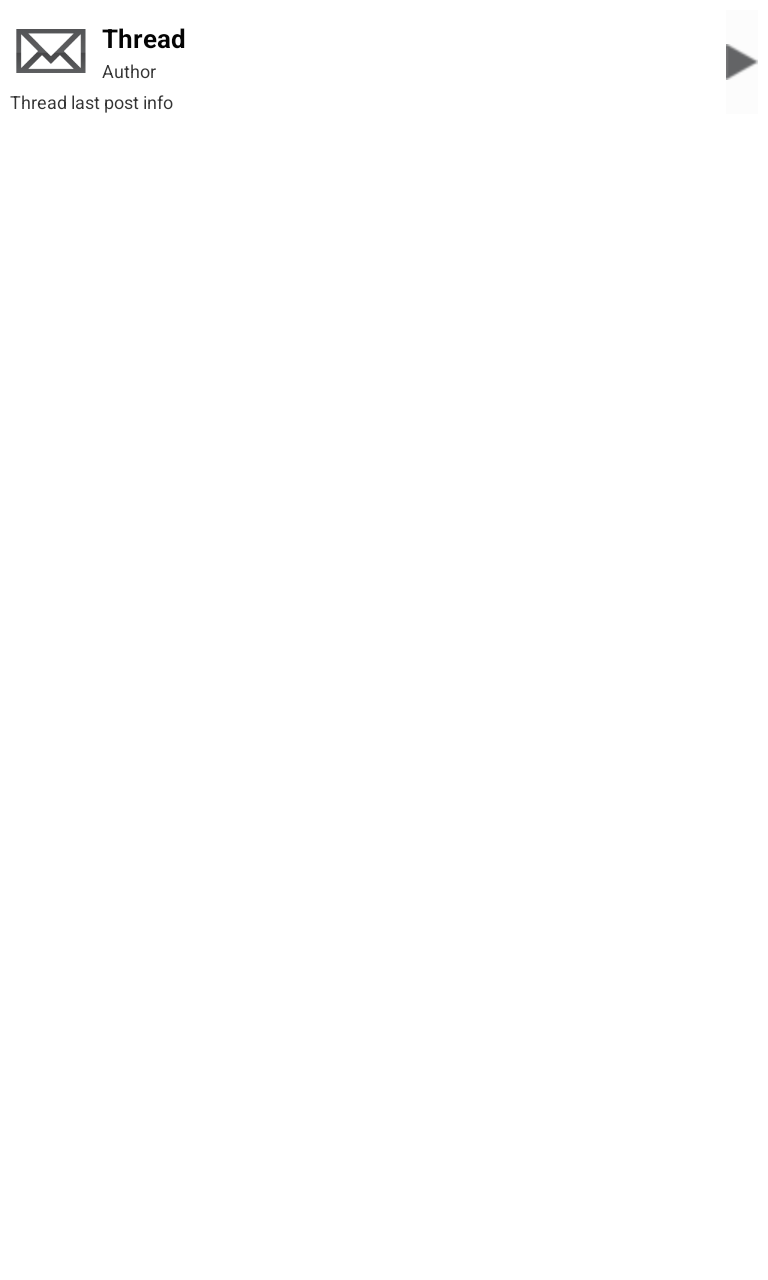
Repository: epson121/forumhr_mobile
Layout: TopicsActivity/res/layout/copy_threads_list_row.xml
An editor plug-in stored every save of this project. The layout is shown before and after the next save, followed by the edit.
It is drawn on a 768 x 1280 px phone screen (xhdpi) without system bars, with theme AppTheme; the app's code is not run.

Above is the layout before, as saved 2013-02-24 16:01:44.

### TopicsActivity/res/layout/copy_threads_list_row.xml
<?xml version="1.0" encoding="utf-8"?>
<RelativeLayout xmlns:android="http://schemas.android.com/apk/res/android"
    android:layout_width="wrap_content"
    android:layout_height="wrap_content"
    android:background="#FFFFFF"
    android:padding="5dip"
    >

    <LinearLayout android:id="@+id/thumbnail"
        android:layout_width="wrap_content"
        android:layout_height="wrap_content"
        android:padding="3dip"
        android:layout_alignParentLeft="true"
        android:background="#FFFFFF"
        android:layout_marginRight="5dip"
    	>

         <ImageView
            android:id="@+id/thread_icon"
            android:layout_width="35dip"
            android:layout_height="35dip"
            android:contentDescription="@+string/description"
            android:src="@drawable/thread_icon_bw"
            />

    </LinearLayout>



    <!-- subtopics -->

    <TextView
        android:id="@+id/thread_name"
        android:layout_width="wrap_content"
        android:layout_height="wrap_content"
        android:layout_alignTop="@+id/thumbnail"
        android:layout_toRightOf="@+id/thumbnail"
        android:layout_toLeftOf="@+id/thread_go_to_page"
        android:layout_marginRight="25dp"
        android:layout_marginTop="5dp"
        android:text="@+string/thread_name"
        android:textColor="#040404"
        android:textSize="13sp"
        android:textStyle="bold"
        android:typeface="sans"
        android:background="@drawable/textview_selector"
      	android:clickable="true"
        />

     <TextView
        android:id="@+id/thread_author"
        android:layout_width="wrap_content"
        android:layout_height="wrap_content"
        android:layout_alignLeft="@+id/thread_name"
        android:layout_below="@id/thread_name"
        android:layout_marginTop="1dip"
        android:layout_toLeftOf="@+id/thread_go_to_page"
        android:background="@drawable/textview_selector"
        android:text="@+string/thread_author"
        android:textColor="#343434"
        android:textSize="9sp" />

     <TextView
         android:id="@+id/thread_last_post_info"
         android:layout_width="wrap_content"
         android:layout_height="wrap_content"
         android:layout_alignLeft="@+id/thumbnail"
         android:layout_alignRight="@+id/thread_name"
         android:layout_below="@+id/thread_author"
         android:layout_marginTop="3dp"
         android:background="@drawable/textview_selector"
         android:text="@+string/thread_last_post_info"
         android:textColor="#343434"
         android:textSize="9sp" />

     <ImageButton
         android:id="@+id/thread_go_to_page"
         android:layout_width="wrap_content"
         android:layout_height="match_parent"
         android:layout_alignBottom="@+id/thread_last_post_info"
         android:layout_alignParentRight="true"
         android:layout_alignParentTop="true"
         android:background="#fcfcfc"
         android:contentDescription="@string/description"
         android:src="@drawable/thread_arrow_bw_small" />

</RelativeLayout>

### TopicsActivity/res/values/strings.xml
<?xml version="1.0" encoding="utf-8"?>
<resources>

    <string name="app_name">ForumHR</string>
    <string name="hello_world">Hello world!</string>
    <string name="menu_settings">Settings</string>
    <string name="topics_feed_image_description">Topic image</string>
    <string name="topic_name">Topic</string>
    <string name="thread_name">Thread</string>
    <string name="thread_author">Author</string>
     <string name="thread_last_post_info">Thread last post info</string>
    <string name="description">topic description</string>
    <string name="subtopics">Subtopics</string>

</resources>

### TopicsActivity/res/drawable/textview_selector.xml
<?xml version="1.0" encoding="utf-8"?>
<selector xmlns:android="http://schemas.android.com/apk/res/android">
    <item android:drawable="@drawable/pressed_color"
          android:state_pressed="true" />
    <item android:drawable="@drawable/normal_color" />
</selector>

### TopicsActivity/res/values/color.xml
<?xml version="1.0" encoding="utf-8"?>
<resources>
     <drawable name="pressed_color">#C8C8C8</drawable> <!--custom color for pressed state -->
     <drawable name="normal_color">#00FFFFFF</drawable> <!--transperent color for normal state -->
</resources>

Loaded but not shown: TopicsActivity/res/values/styles.xml (common file); TopicsActivity/res/values-v11/styles.xml (common file); TopicsActivity/res/values-v14/styles.xml (common file)

After the next save:
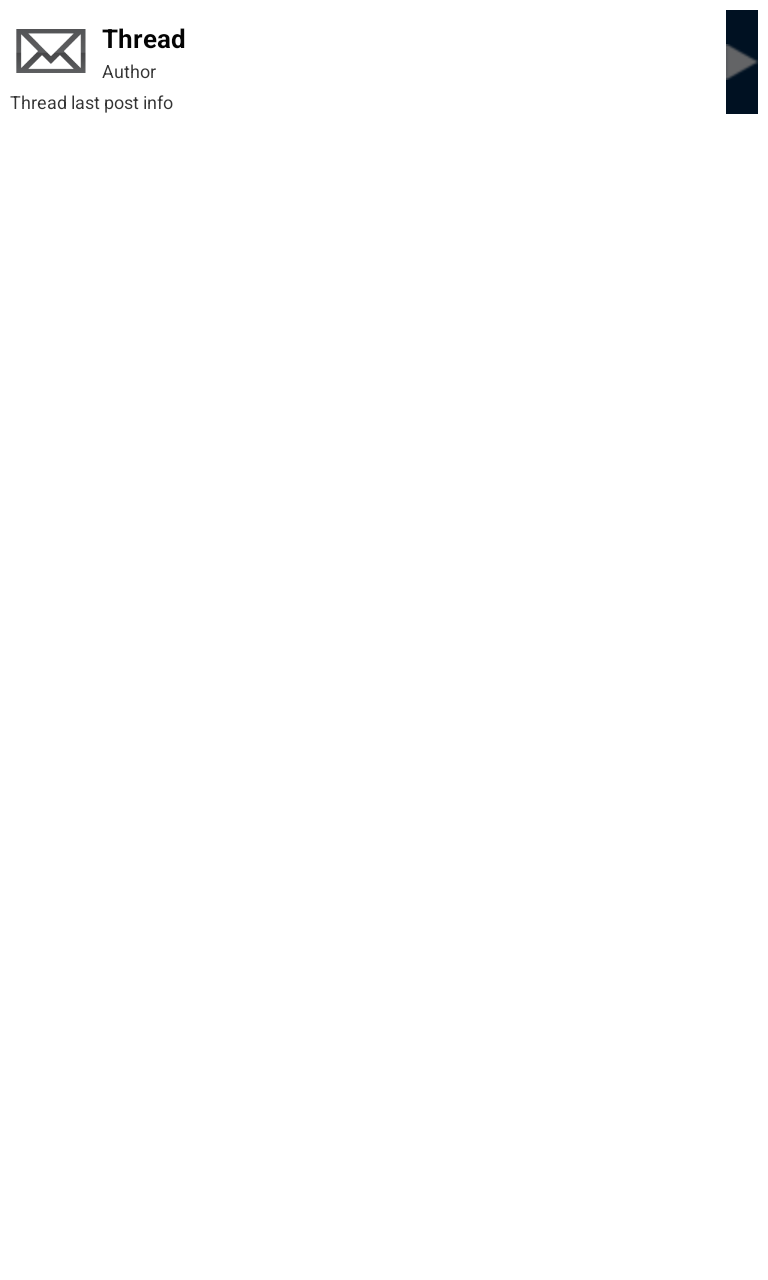
Saved 10 s later.
--- a/TopicsActivity/res/layout/copy_threads_list_row.xml
+++ b/TopicsActivity/res/layout/copy_threads_list_row.xml
@@ -80,7 +80,7 @@
          android:layout_alignBottom="@+id/thread_last_post_info"
          android:layout_alignParentRight="true"
          android:layout_alignParentTop="true"
-         android:background="#fcfcfc"
+         android:background="#001122"
          android:contentDescription="@string/description"
          android:src="@drawable/thread_arrow_bw_small" />
 

After the save that followed:
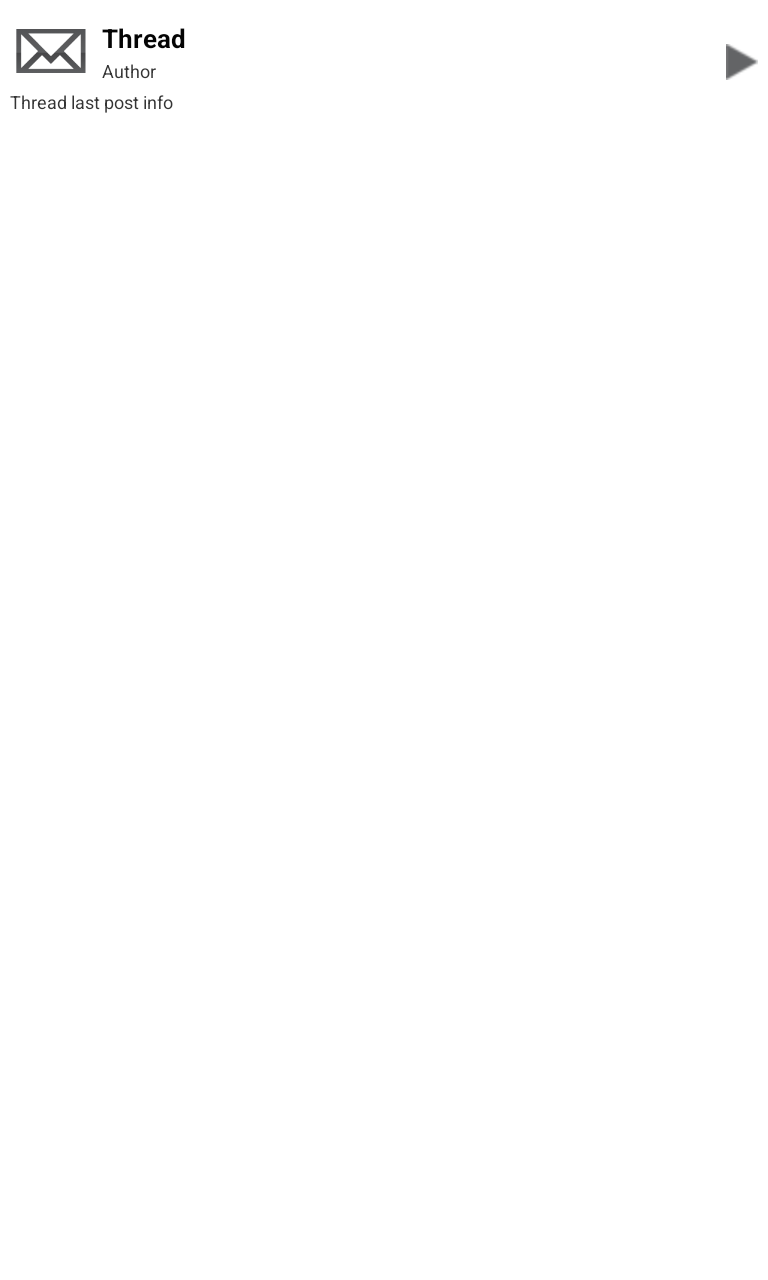
Saved 10 s later.
--- a/TopicsActivity/res/layout/copy_threads_list_row.xml
+++ b/TopicsActivity/res/layout/copy_threads_list_row.xml
@@ -80,7 +80,7 @@
          android:layout_alignBottom="@+id/thread_last_post_info"
          android:layout_alignParentRight="true"
          android:layout_alignParentTop="true"
-         android:background="#001122"
+         android:background="#00112299"
          android:contentDescription="@string/description"
          android:src="@drawable/thread_arrow_bw_small" />
 
